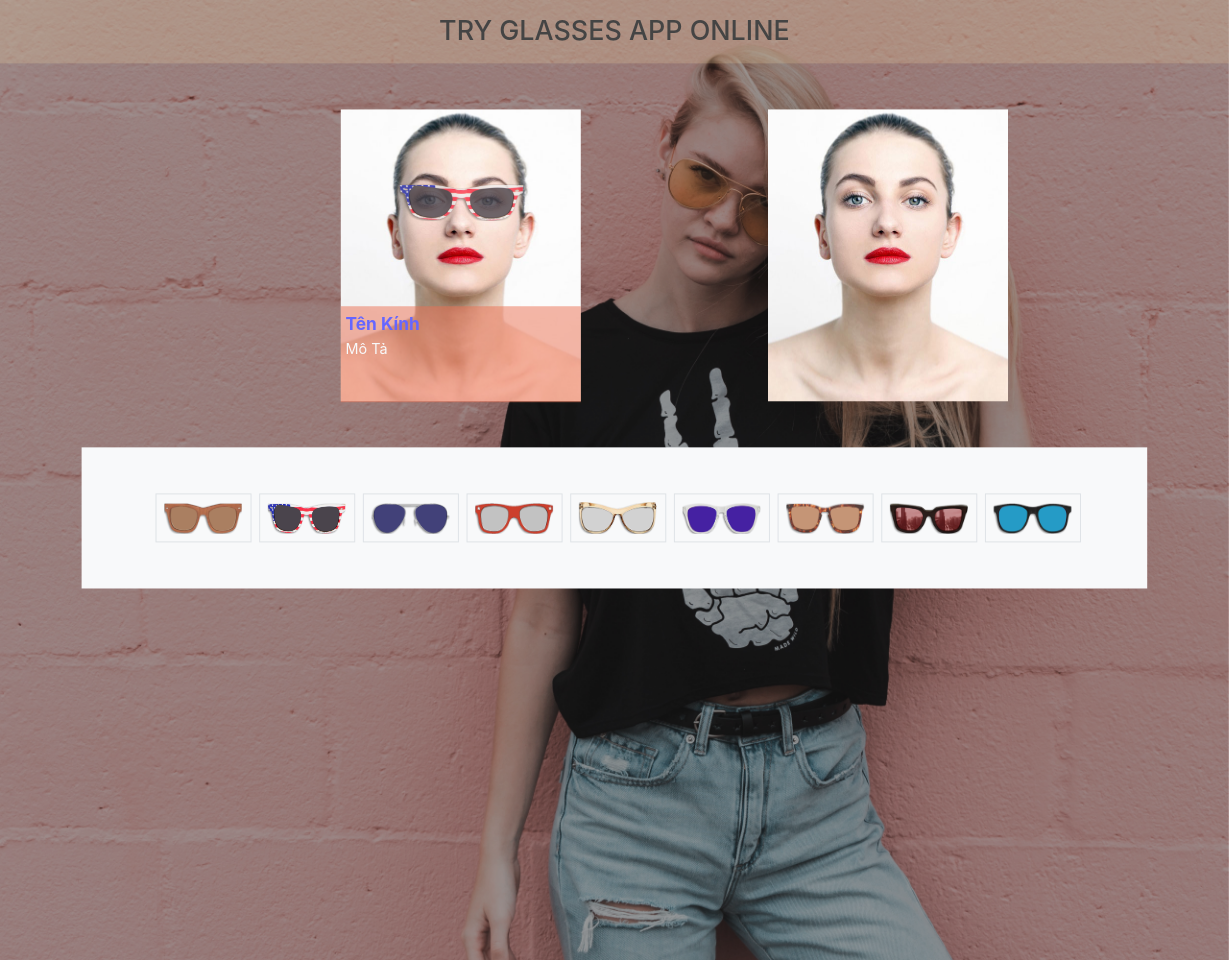
Repository: LeHieuSP/Baitapthukinh_LTH_FE70
Page: /
These files come from the project's save history. The page is drawn as it stood at one moment and after the next save; the edit follows.
The browser window is 1280 px wide. The pictures show the whole page, at 96% of full size.
The project was rebuilt for these pictures with package versions that can differ from the ones it lists, and the page was loaded fresh each time. Also part of the build but not shown: src/index.css, src/App.css, src/redux/actions/BaiTapDatVeAction.js, src/BaiTapRedux/BaiTapBookingTicket/ThongTinDatGhe.js, src/BaiTapRedux/BaiTapBookingTicket/HangGhe.js, src/BaiTapRedux/BaiTapBookingTicket/BaiTapBookingTicket.js.

Above is the page before, as saved 2022-03-10 01:18:47.

After the next save:
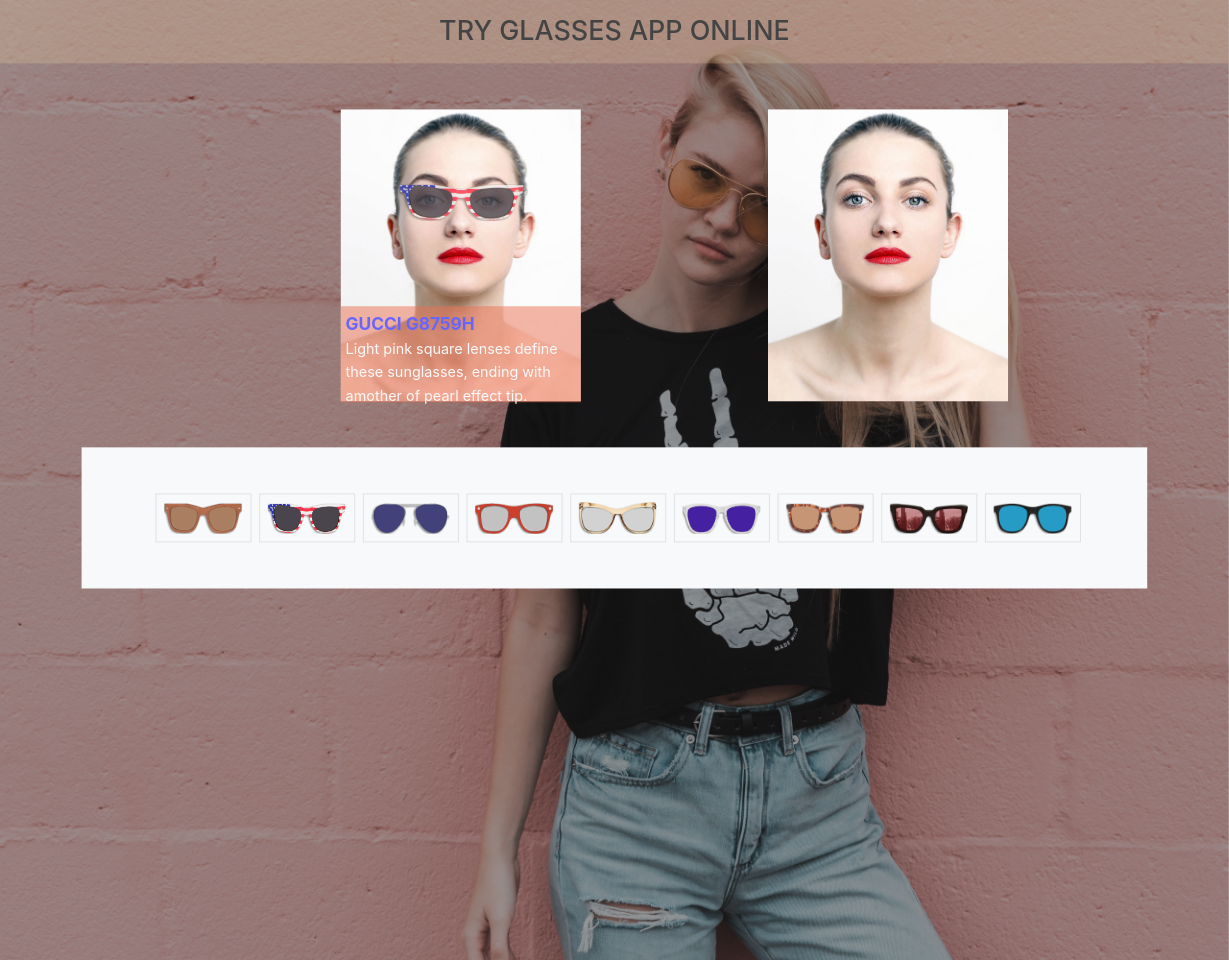
Saved 3 min 0 s later.
--- a/src/BaiTapThuKinh/BaiTapThuKinh.js
+++ b/src/BaiTapThuKinh/BaiTapThuKinh.js
@@ -77,8 +77,8 @@
                 className="position-absolute" src={this.state.glassesCurrent.url}
                 />
                 <div style={infoGlasses} className="position-relative">
-                  <span style={{color:'#6666FF',fontSize:'18px'}} className="font-weight-bold ">Tên Kính</span> <br/>
-                  <span style={{fontSize:'15px',fontWeight:'400'}} className="text-light">Mô Tả</span>
+                  <span style={{color:'#6666FF',fontSize:'18px'}} className="font-weight-bold ">{this.state.glassesCurrent.name}</span> <br/>
+                  <span style={{fontSize:'15px',fontWeight:'400'}} className="text-light">{this.state.glassesCurrent.desc}</span>
 
                   </div>
                 </div>
